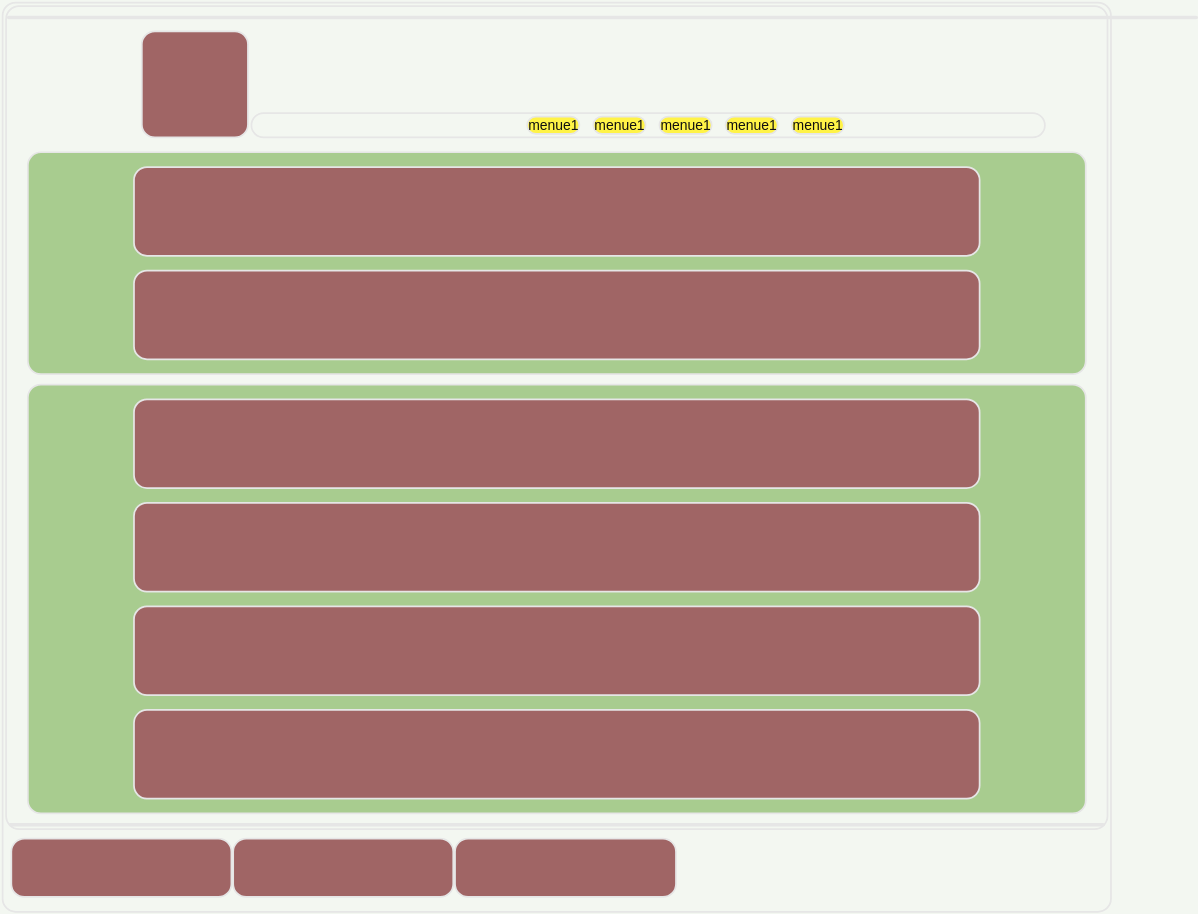
Repository: clairedupuich/cv-claireDUPUICH
Page: cv.html
These files come from the project's save history. The page is drawn as it stood at one moment and after the next save; the edit follows.
The browser window is 1280 px wide. The page is 1377 px wide, so the pictures cover 1377 px, including what lies to the right of the window. The pictures show the whole page, at 87% of full size.

Above is the page before, as saved 2020-10-08 16:55:09.

### cv.html
<!DOCTYPE html>
<html lang="fr" dir="ltr">
  <head>
    <meta charset="utf-8">
    <title>Exercice</title>
    <link rel="stylesheet" href="cv.css">
  </head>
  <body>
    <section class="header">
        <div class="img">
        </div>

            <ul class="nav">
                <li>menue1</li>
                <li>menue1</li>
                <li>menue1</li>
                <li>menue1</li>
                <li>menue1</li>
            </ul>

    </section>
      <section class="section1">
          <div class="article1_1">
          </div>
          <div class="article1_2">
          </div>
      </section>
      <section class="section2">
        <div class="article2_1">
        </div>
        <div class="article2_2">
        </div>
        <div class="article2_3">
        </div>
        <div class="article2_4">
        </div>
      </section>
      <footer>
          <div class='footer1'>
          </div>
        <div class="footer2">
        </div>

        <div class="footer3">
        </div>
    </footer>
  </body>
</html>

### cv.css
* {
    font-family: Avenir, sans-serif;
    border: 2px solid rgb(230, 230, 230);
    border-radius: 16px;
    margin: 2px;

}
@media screen and (min-width: 768px) and (max-width: 992px){


    body {
        background-color: azure;


    }
    section {
        margin-top: 10px;
        width: 95%;
        background-color: rgb(156, 156, 129);


    }
    div {
        margin: 15px auto;
        width:80% ;
        height: 100px;
        background-color: rgb(83, 83, 83);
    }
    ul {
        text-align: center;
        list-style: none;
        color: tomato;
    }

    footer,
    .header{
        background-color:rgb(162, 211, 233);
    }

    .footer2,
    .footer1 {
        height: 45px;
        width: 20%;
        float: left;

    }
    .footer1{
        margin-left: 25%;
        margin-right: 10%;
    }

    .footer3 {
        clear: both;
        height: 50px;
    }
    .img {
        width:120px;
        height: 120px;
        text-align: left;
    }

}
@media screen and (min-width: 992px) and (max-width: 1200px){

    body {
        background-color: rgb(153, 192, 192);


    }
    section {
        margin: 10px auto;
        width: 96%;
        background-color: rgb(248, 248, 194);


    }
    div {
        margin: 15px auto;
        width:80% ;
        height: 100px;
        background-color: rgb(207, 199, 199);
    }
    ul {
        text-align: center;
        list-style: none;
        color: rgb(212, 45, 15);
    }

    footer,
    .header{
        background-color:rgb(247, 247, 247);
    }

    .footer2,
    .footer1 {
        height: 45px;
        width: 20%;
        float: left;

    }
    .footer1{
        margin-left: 25%;
        margin-right: 10%;
    }

    .footer3 {
        clear: both;
        height: 50px;
    }
    .img {
        width:120px;
        height: 120px;
        text-align: left;
    }
}
@media screen and (min-width: 1200px){
    body {
        background-color: rgb(243, 247, 241);


    }
    section {
        margin: 10px auto;
        width: 96%;
        background-color: rgb(168, 204, 143);


    }
    div {
        margin: 15px auto;
        width:80% ;
        height: 100px;
        background-color: rgb(160, 101, 101);
    }
    ul {
        text-align: center;
        list-style: none;
        color: rgb(17, 16, 16);
        width: 50%;
        margin-top: 9%;
        padding-left: 25%;
    }


    li{
        background-color: rgb(255, 243, 71);
        margin-left: 2%;
    }
    .header{
        padding-left: 12%;
    }
    .img,
    ul,
    li {
        float: left;
    }

    .section1 {
        clear: both;
    }
    footer,
    .header{
        background-color:rgb(245, 237, 237);
    }

    .footer1,
    .footer2,
    .footer3 {
        height: 65px;
        width: 20%;
        float: left;

    }
    .footer1{

    }


    .img {
        width:120px;
        height: 120px;
        text-align: left;
    }
}

After the next save:
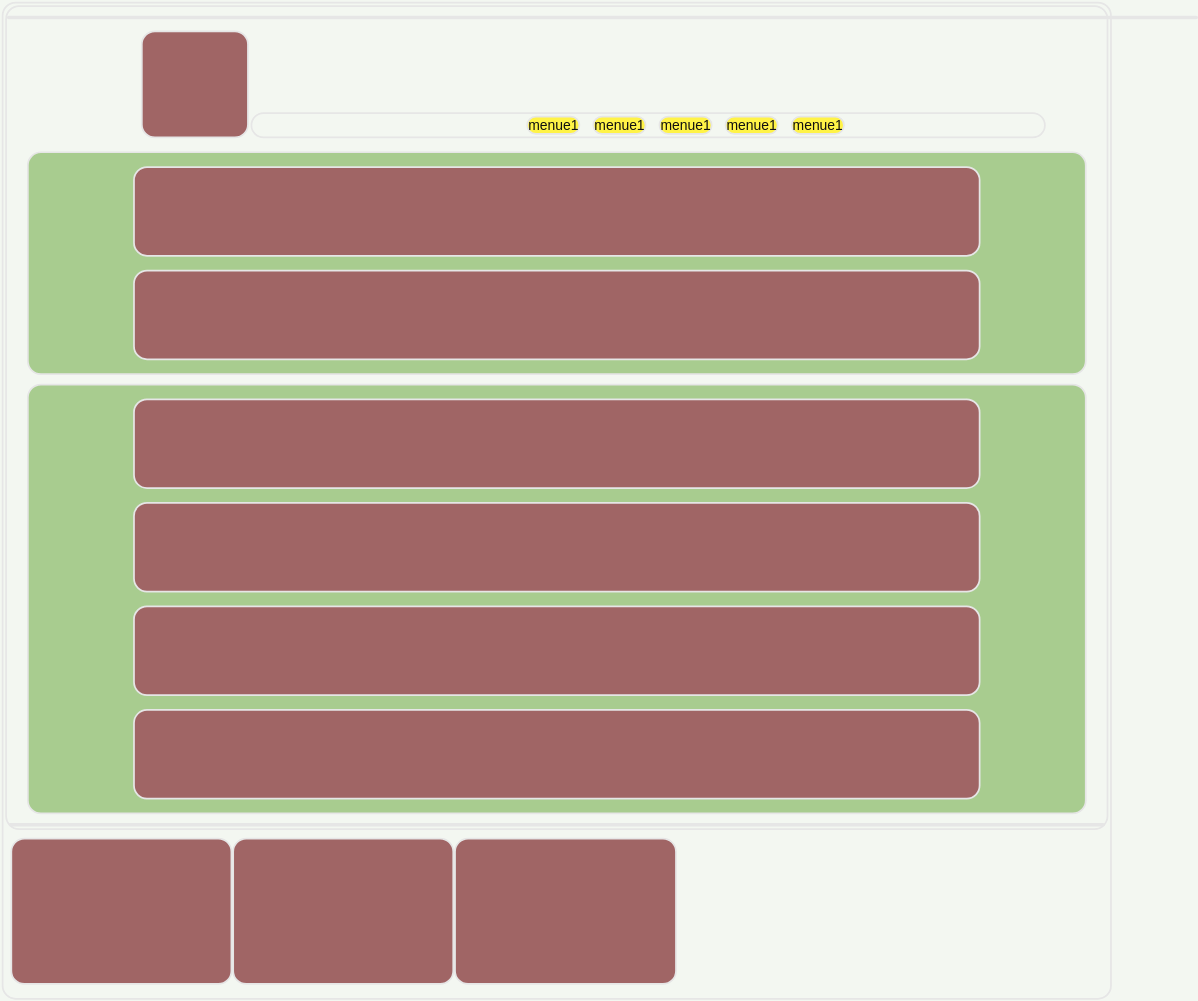
Saved 16 s later.
--- a/cv.css
+++ b/cv.css
@@ -166,7 +166,7 @@
     .footer1,
     .footer2,
     .footer3 {
-        height: 65px;
+        height: 165px;
         width: 20%;
         float: left;
 
